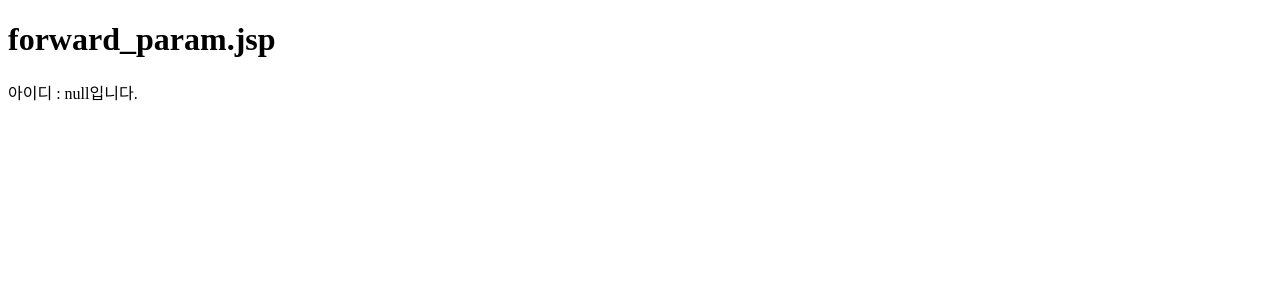
Repository: i-kemen/jsp
Page: http://localhost/WebTest/forward_param.jsp
The author's editor kept a copy of each file at every save. The page is drawn from the files as they stood at one save, then again after the next save.
The browser window is 1280 px wide. The pictures show the whole page.
The page is served by Tomcat 10. Other server files are loaded and not shown.

Above is the page before, as saved 2023-06-21 04:30:48.

### WebTest/src/main/webapp/forward_param.jsp
<%@ page language="java" contentType="text/html; charset=EUC-KR"
    pageEncoding="EUC-KR"%>
<!DOCTYPE html>
<html>
<head>
<meta charset="EUC-KR">
<title>Insert title here</title>
</head>
<body>
    <%!
    String id, passwd;
    %>

    <%
    id = request.getParameter("id");
    passwd = request.getParameter("passwd");
    %>

    <h1>forward_param.jsp</h1>
    아이디 : <%= id %>입니다.
</body>
</html>

After the next save:
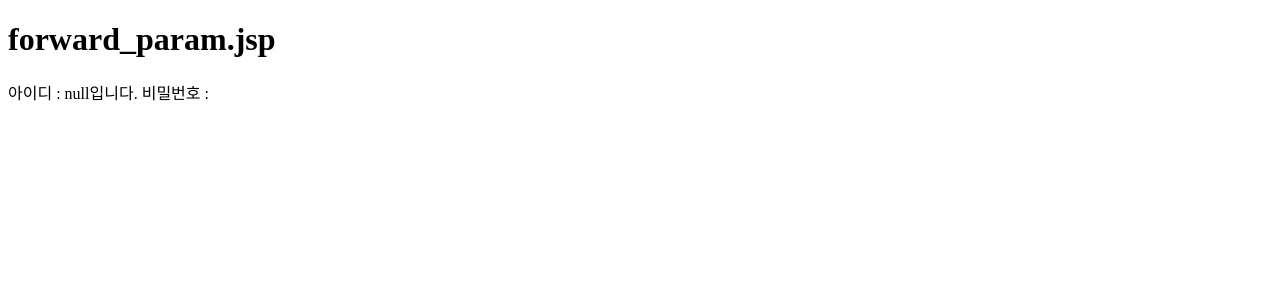
Saved 8 s later.
--- a/WebTest/src/main/webapp/forward_param.jsp
+++ b/WebTest/src/main/webapp/forward_param.jsp
@@ -18,5 +18,6 @@
 
     <h1>forward_param.jsp</h1>
     아이디 : <%= id %>입니다.
+    비밀번호 : <% %>
 </body>
 </html>
